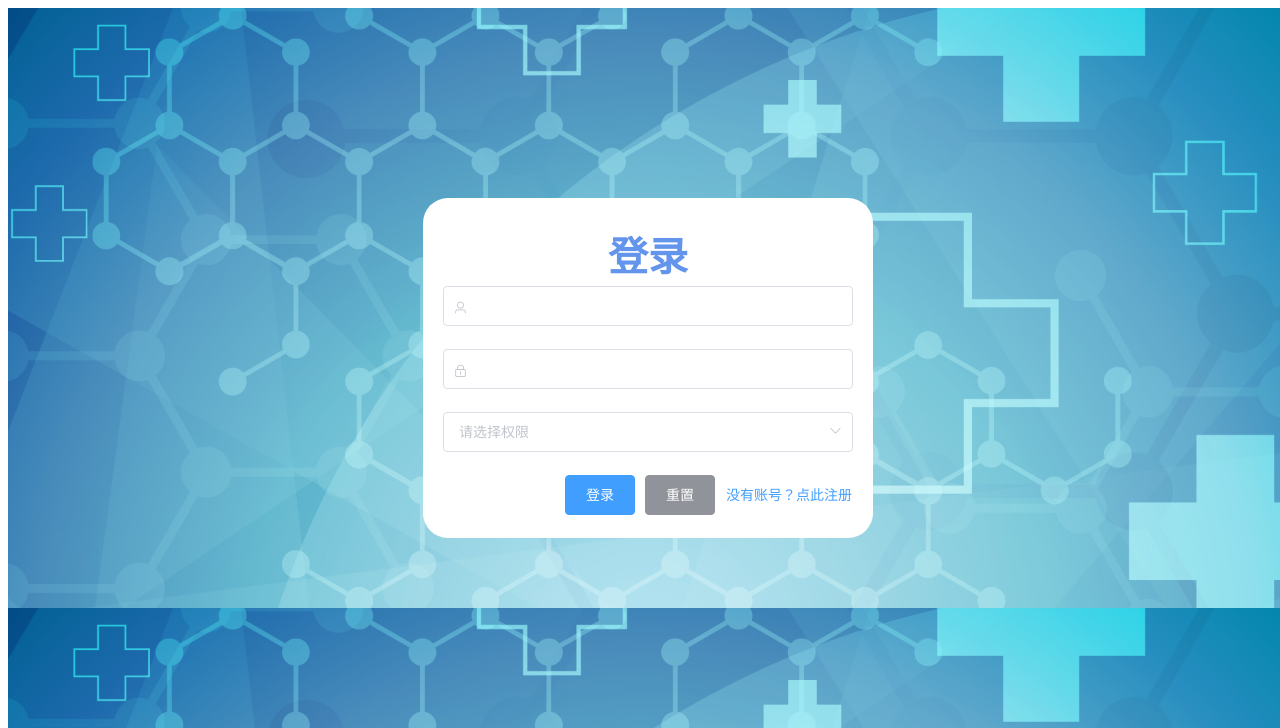
Repository: ShaoCHis/WEB-SOA-frontEnd
Page: /
The author's editor kept a copy of each file at every save. The page is drawn from the files as they stood at one save, then again after a run of saves.
The browser window is 1280 px wide. The pictures show the whole page.
The project was rebuilt for these pictures with package versions that can differ from the ones it lists, and the page was loaded fresh each time. Also part of the build but not shown: src/components/test.vue, src/components/test2.vue, src/components/Register.vue, src/components/Admin/ManagePage.vue, src/components/Hospital/HMainPage.vue, src/components/Patient/MainPage.vue.

Above is the page before, as saved 2021-11-16 18:30:16.

After the next 2 saves:
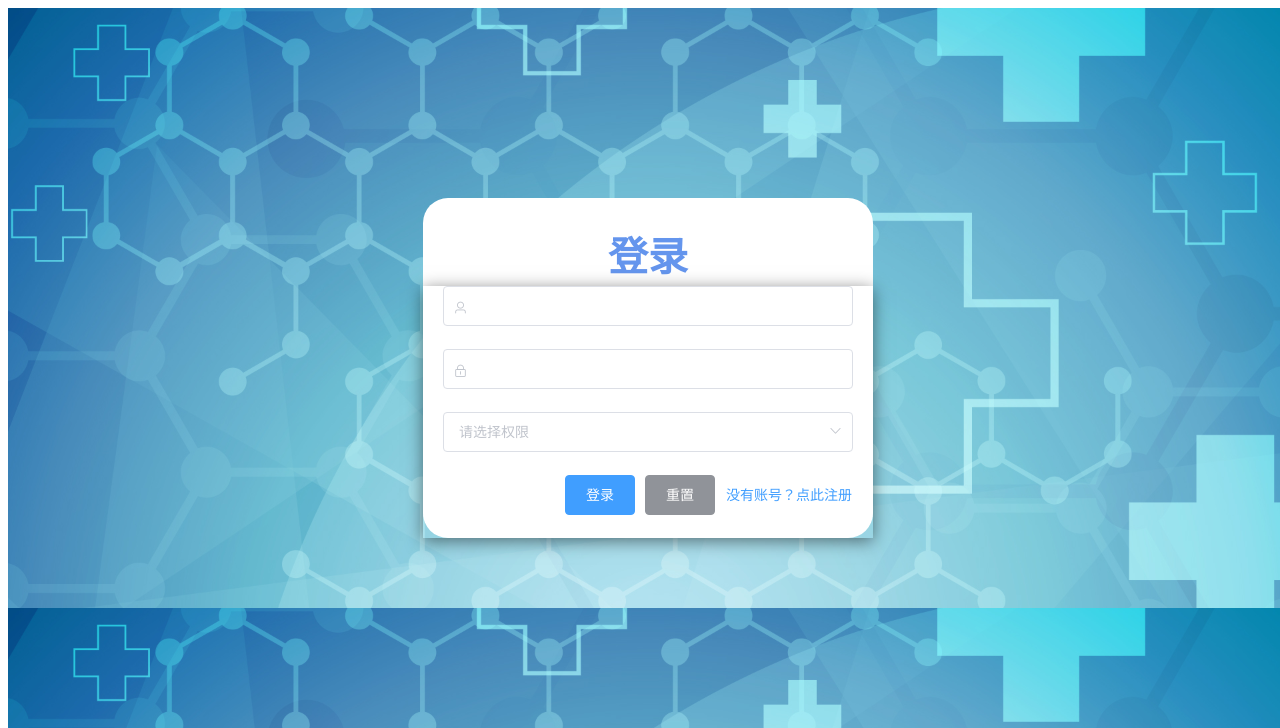
The 2 saves are shown as one change because they came seconds apart.
The last was saved 5 min 9 s later.
--- a/src/components/Login.vue
+++ b/src/components/Login.vue
@@ -169,7 +169,7 @@
     width: 100%;
     padding:0 20px;
     box-sizing: border-box;
-
+    box-shadow: 0 3px 16px rgba(0, 0, 0, 0.5);
 }
 .btns{
    display:flex;

After the save that followed:
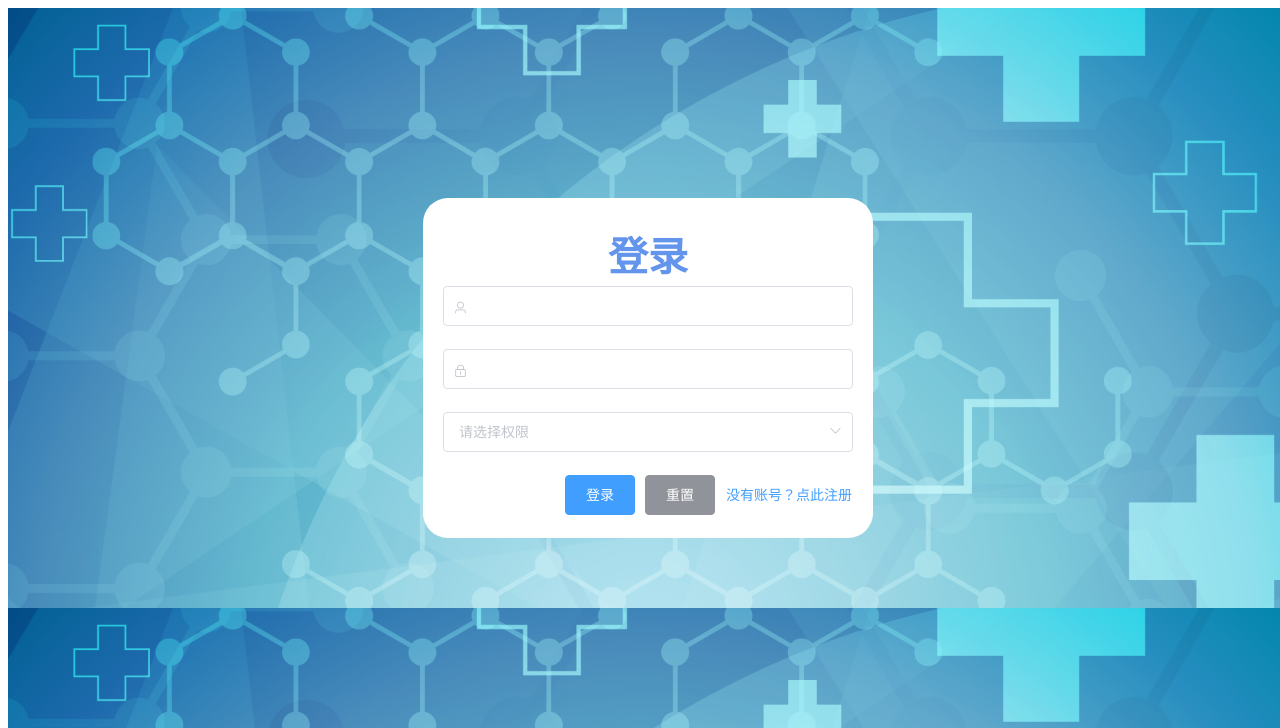
Saved 19 s later.
--- a/src/components/Login.vue
+++ b/src/components/Login.vue
@@ -169,7 +169,7 @@
     width: 100%;
     padding:0 20px;
     box-sizing: border-box;
-    box-shadow: 0 3px 16px rgba(0, 0, 0, 0.5);
+
 }
 .btns{
    display:flex;
